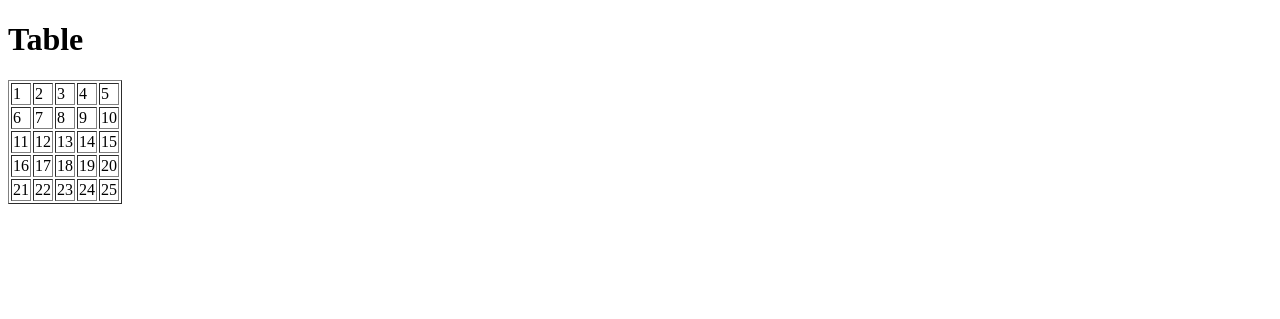
Repository: dnjs0/HCJ
Page: ClientTest/src/main/webapp/html/q10.html
The author's editor kept a copy of each file at every save. The page is drawn from the files as they stood at one save, then again after the next save.
The browser window is 1280 px wide. The pictures show the whole page.

Above is the page before, as saved 2025-02-12 07:40:04.

After the next save:
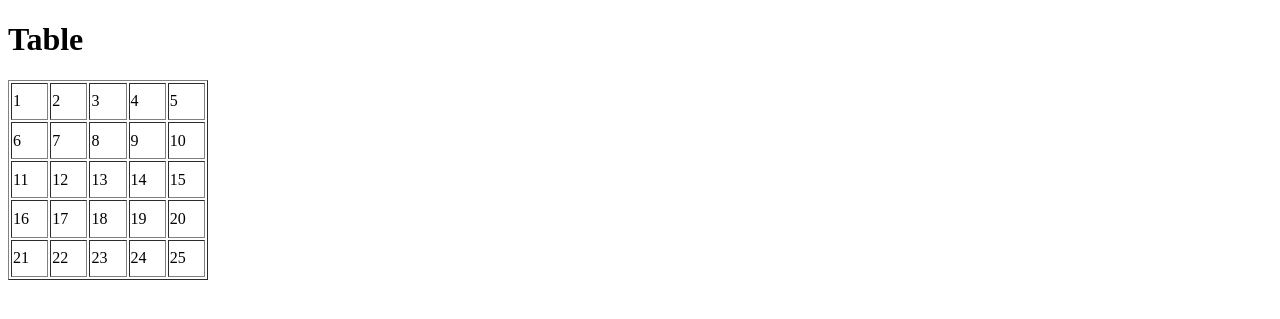
Saved 31 s later.
--- a/ClientTest/src/main/webapp/html/q10.html
+++ b/ClientTest/src/main/webapp/html/q10.html
@@ -7,7 +7,7 @@
 <body>
     <h1>Table</h1>
 
-    <table border="1">
+    <table border="1" width="200" height="200">
         <tr>
             <td>1</td>
             <td>2</td>
